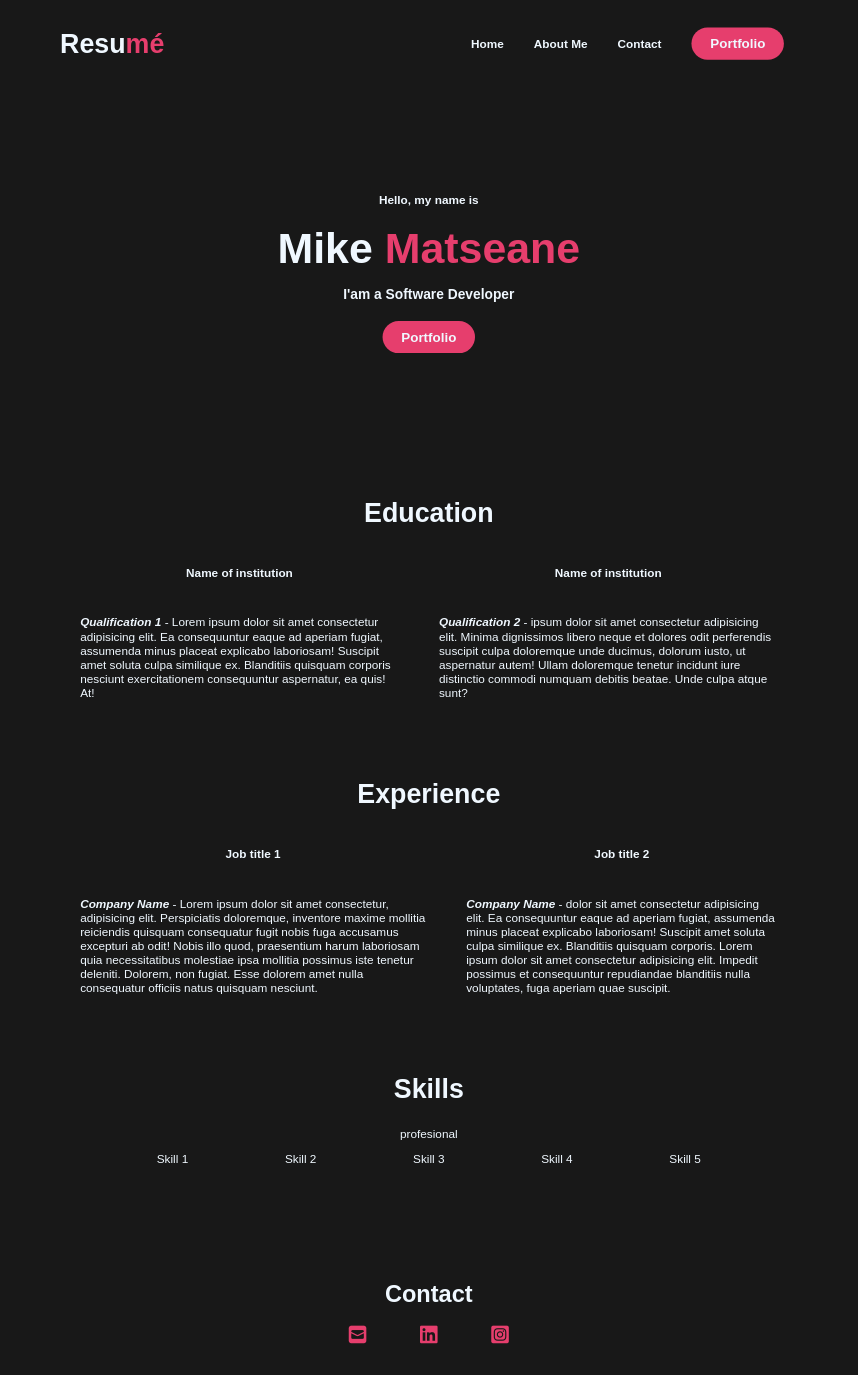
Repository: mikempho/Resume1
Page: resume1.html
An editor plug-in stored every save of this project. The page is shown before and after the next save, followed by the edit.
The browser window is 1280 px wide. The pictures show the whole page, at 67% of full size.

Above is the page before, as saved 2022-04-05 12:28:22.

### resume1.html
<html lang="en">
<head>
    <meta charset="UTF-8">
    <meta http-equiv="X-UA-Compatible" content="IE=edge">
    <meta name="viewport" content="width=device-width, initial-scale=1.0">
    <link rel="stylesheet" href="/Assets/fontawesome/css/all.min.css">
    <link rel="stylesheet" href="./css/stylesheet.css">
    <title>Mike Matseane</title>
</head>
<body>

    <section>

        <div class="hero">
            <!-- Navigation Bar -->
            <nav class="navbar">
                <h2 class="resume-logo">Resu<span>mé</span></h2>
                <ul>
                    <li><a href="resume1.html">Home</a></li>
                    <li><a href="#education">About Me</a></li>
                    <li><a href="#contact-info">Contact</a></li>
                    <li><a href="#portfolio"><span class="call-to-action">Portfolio</span></a></li>
                </ul>
            </nav>

            <div class="intro">
                <!-- <img src="" alt="Profile-Img"> -->
                <h4>Hello, my name is </h4>
                <h1 class="name">Mike <span>Matseane</span></h1>
                <h3>I'am a Software Developer</h3>
                <a href="#portfolio"><span class="call-to-action">Portfolio</span></a>
            </div>

        </div>

        <main>
            <div class="first-main-section">
                <!-- Education Section -->

                <div id="education">
                    <h2>Education</h2>
                    <div class="content">
                        <div class="container">
                            <h4>Name of institution</h4>
                            <p><strong><em>Qualification 1</em></strong> - Lorem ipsum dolor sit amet consectetur adipisicing elit. Ea consequuntur eaque ad aperiam fugiat, assumenda minus placeat explicabo laboriosam! Suscipit amet soluta culpa similique ex. Blanditiis quisquam corporis nesciunt exercitationem consequuntur aspernatur, ea quis! At!</p>
                        </div>
                        <div class="container">
                            <h4>Name of institution</h4>
                            <p><strong><em>Qualification 2</em></strong> - ipsum dolor sit amet consectetur adipisicing elit. Minima dignissimos libero neque et dolores odit perferendis suscipit culpa doloremque unde ducimus, dolorum iusto, ut aspernatur autem! Ullam doloremque tenetur incidunt iure distinctio commodi numquam debitis beatae. Unde culpa atque sunt?</p>
                        </div>
                    </div>
                </div>

                <!-- Experience Section-->
                <div id="experience">
                    <h2>Experience</h2>
                    <div class="content">
                        <div class="container">
                            <h4>Job title 1</h4>
                            <p><strong><em>Company Name</em></strong> - Lorem ipsum dolor sit amet consectetur, adipisicing elit. Perspiciatis doloremque, inventore maxime mollitia reiciendis quisquam consequatur fugit nobis fuga accusamus excepturi ab odit! Nobis illo quod, praesentium harum laboriosam quia necessitatibus molestiae ipsa mollitia possimus iste tenetur deleniti. Dolorem, non fugiat. Esse dolorem amet nulla consequatur officiis natus quisquam nesciunt.</p>
                        </div>
                        <div class="container">
                            <h4>Job title 2</h4>
                            <p><strong><em>Company Name</em></strong> - dolor sit amet consectetur adipisicing elit. Ea consequuntur eaque ad aperiam fugiat, assumenda minus placeat explicabo laboriosam! Suscipit amet soluta culpa similique ex. Blanditiis quisquam corporis. Lorem ipsum dolor sit amet consectetur adipisicing elit. Impedit possimus et consequuntur repudiandae blanditiis nulla voluptates, fuga aperiam quae suscipit.</p>
                        </div>
                    </div>
                </div>
            </div>
            <div class="second-main-section" >
                <!-- Skills Section -->
                <div id="skills">
                    <h2>Skills</h2>
                    <div>
                        <p>profesional</p>
                        <ul>
                            <li>Skill 1</li>
                            <li>Skill 2</li>
                            <li>Skill 3</li>
                            <li>Skill 4</li>
                            <li>Skill 5</li>
                        </ul>
                    </div>
                </div>
                <!-- <div id="portfolio">
                    <h2>Portfolio</h2>
                    <div>

                    </div>
                </div> -->
            </div>

        </main>
    </section>


    <!-- Footer Section -->
    <footer>
        <div id="contact-info">
            <h1>Contact</h1>
            <ul>
                <!-- target(_blank) = New Tab -->

                <!-- Send Email -->
                <li><a href="mailto:mikempho03@gmail.com" target="_blank"><i class="fa-solid fa-square-envelope"></i></a></li>

                <!-- Linkedin (Socials) -->
                <li><a href="https://www.linkedin.com/feed/" target="_blank"><i class="fa-brands fa-linkedin"></i></a></li>

                <!-- Instagram -->
                <li><a href="https://www.instagram.com/mike_mx.sa/tagged/" target="_blank"><i class="fa-brands fa-instagram-square"></i></a></li>
            </ul>
        </div>

    </footer>
</body>
</html>

### css/stylesheet.css
body{
  font-family:Arial, Helvetica, sans-serif;
  font-size:110%;
  margin: 0;
  background-color: #181818;
  color: aliceblue;
}

h2 {
  font-size: 2.5rem;
}
/* Hero Section */

.hero {
  text-align: center;
}

span {
  color: E63E6D;
}

.resume-logo {
  font-size: 2.5rem;
  cursor: pointer;
}
.navbar {
  /* position: fixed; */
  display: flex;
  align-items: center;
  justify-content: space-between;
  padding-top: 10px;
  padding-left:7%;
  padding-right:7%;
  /* width: 100%; */
}

nav ul li{
  list-style: none;
  display: inline;
  padding: 0 20px;
  font-weight: 600;
  font-size:1.1rem;
}

nav ul li a {
  text-decoration: none;
  color: aliceblue;
}

.call-to-action {
  padding: 10px 25px;
  color: aliceblue;
  font-size: 20px;
  border: solid transparent;
  background-color:E63E6D;
  border-radius: 80px;
}

nav ul li a:hover {
  color: E63E6D;
  transition: 0.7s;
}

.call-to-action:hover {
  background-color: #181818;
  border-color: white;
  transition: 0.5s;
}

.intro {
  padding: 9rem 0;
}

.name {
  font-size: 4rem;
  margin: 0;
}

.intro a{
  text-decoration: none;
  font-weight: 600;
}

.intro h3 {
  margin-bottom: 40px;
}

/* Main Section  */

main {
  text-align: center;
  padding: 4% 7%;
}

/* Alt bg color #212121 */

/* First-main-section */
.content {
  display: flex;
}

.content p {
  text-align: left;
  padding: 30px;
}

#education, #experience {
  margin-bottom: 70px;
}

/* Second-main-section */
#skills {
  margin-bottom: 70px;
}
#skills ul li {
list-style: none;
padding: 0%;
}

#skills ul {
  padding: 0%;
  display: flex;
  justify-content: space-evenly;
}

/* Footer */

footer {
  text-align: center;
}

#contact-info {
  padding: 2% 7%;
}

#contact-info ul li {
  list-style: none;
  padding: 0px 10px;
}

#contact-info ul {
  display: flex;
  justify-content:center;
  padding: 0%;
}

#contact-info i {
  color: E63E6D;
  font-size: 30px;
  margin: 2px 30px;
}

Loaded but not shown: Assets/fontawesome/css/all.min.css (library)

After the next save:
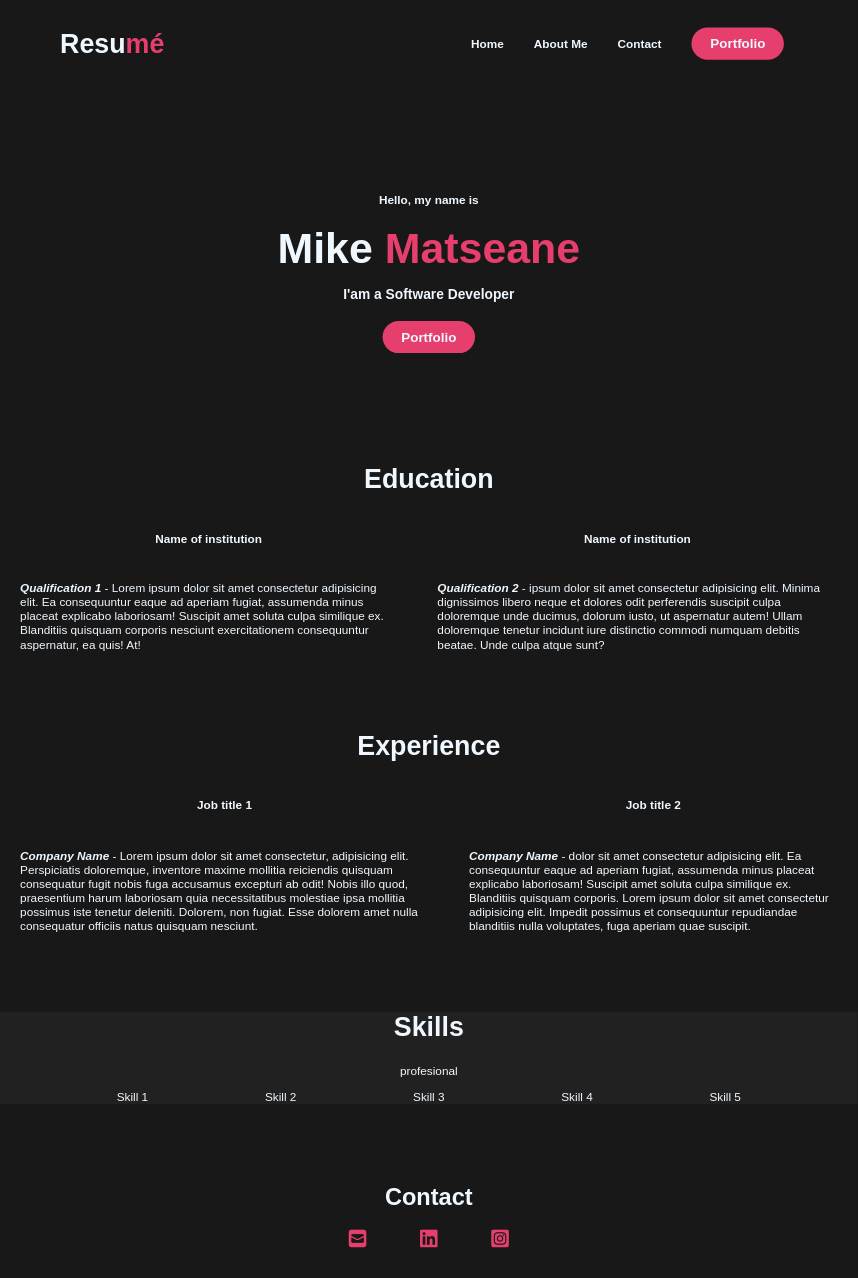
Saved 45 s later.
--- a/css/stylesheet.css
+++ b/css/stylesheet.css
@@ -89,7 +89,7 @@ nav ul li a:hover {
 
 main {
   text-align: center;
-  padding: 4% 7%;
+  /* padding: 4% 7%; */
 }
 
 /* Alt bg color #212121 */
@@ -111,6 +111,7 @@ main {
 /* Second-main-section */
 #skills {
   margin-bottom: 70px;
+  background-color: #212121;
 }
 #skills ul li {
 list-style: none;
